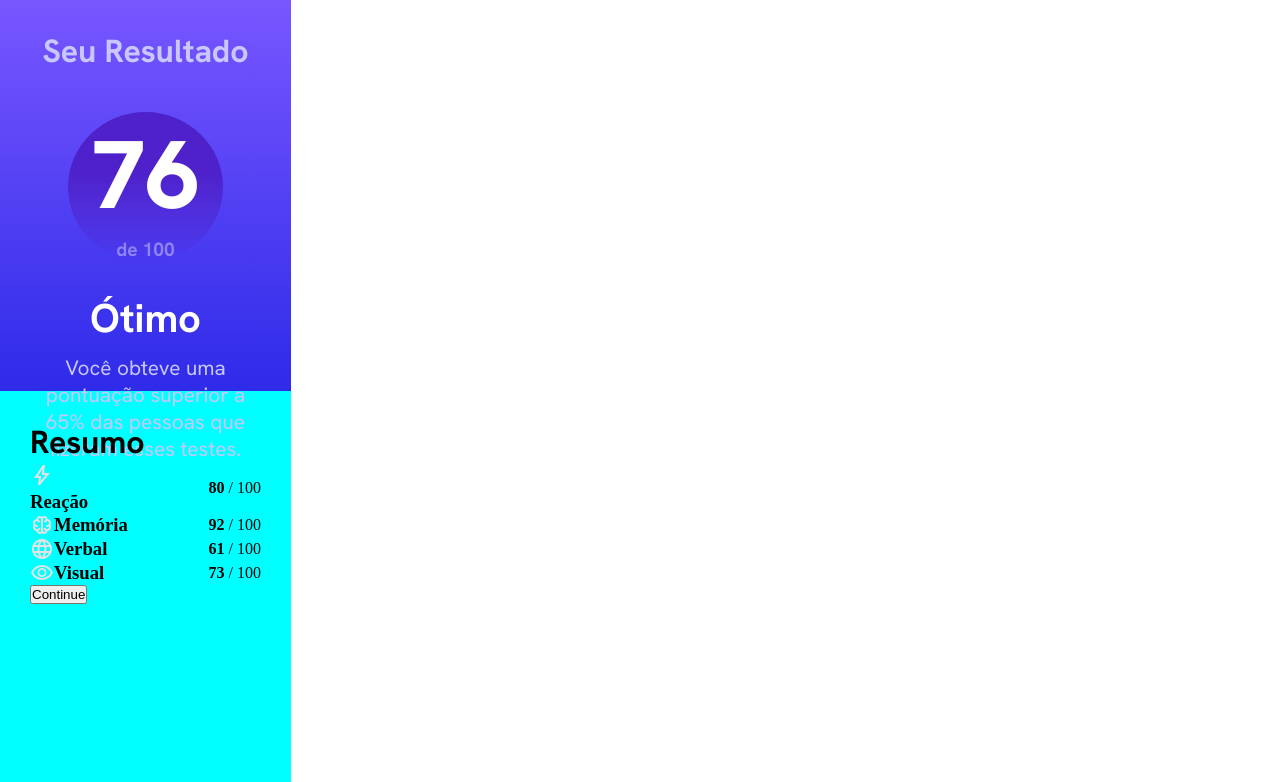
Repository: caique2512/resumo-de-resultados
Page: index.html
An editor plug-in stored every save of this project. The page is shown before and after a run of saves, followed by the edit.
The browser window is 1280 px wide. The pictures show the whole page.

Above is the page before, as saved 2026-03-09 22:18:12.

### index.html
<!DOCTYPE html>
<html lang="pt-br">
<head>
    <meta charset="UTF-8">
    <meta name="viewport" content="width=device-width, initial-scale=1.0">
    <title>Resumo de Resultados</title>
    <link rel="stylesheet" href="src/css/estilos.css">
    <link rel="stylesheet" href="src/css/reset.css">
</head>
<body>
    <main class="conteudo">
        <div class="principal">
            <h1 class="titulo">Seu Resultado</h1>
            <div class="circulo">
                <h2>76</h2>
                <p>de 100</p>
            </div>
            <h2 class="avaliacao">Ótimo</h2>
            <p class="subtitle">Você obteve uma pontuação superior a 65% das pessoas que fizeram esses testes.</p>
        </div>
        <div class="resultado">
            <h1 class="titulo1">Resumo</h1>
            <div class="classes">
                <div class="resumo1">
                    <div>
                        <img src="./src/images/raio.svg" alt="Raio">
                        <h3>Reação</h3>
                    </div>
                    <p><strong>80</strong> / 100</p>
                </div>
                <div class="resumo2">
                    <div>
                        <img src="./src/images/memoria.svg" alt="Memória">
                        <h3>Memória</h3>
                    </div>
                    <p><strong>92</strong> / 100</p>
                </div>
                <div class="resumo3">
                    <div>
                        <img src="./src/images/mensagem.svg" alt="Mensagem">
                        <h3>Verbal</h3>
                    </div>
                    <p><strong>61</strong> / 100</p>
                </div>
                <div class="resumo4">
                    <div>
                        <img src="./src/images/olho.svg" alt="olho">
                        <h3>Visual</h3>
                    </div>
                    <p><strong>73</strong> / 100</p>
                </div>
            </div>
            <button class="btn-resumo">Continue</button>
        </div>
    </main>
</body>
</html>

### src/css/estilos.css
@import url('https://fonts.googleapis.com/css2?family=Hanken+Grotesk:ital,wght@0,100..900;1,100..900&display=swap');


.principal {
    background: linear-gradient(hsl(252, 100%, 67%), hsl(241, 81%, 54%));
    width: 291px;
    height: 391px;
    display: flex;
    flex-direction: column;
    align-items: center;
}

.titulo {
    color: hsl(241, 100%, 89%);
    font-family: "Hanken Grotesk";
    margin-top: 30px;
    font-size: 2rem;
}

.circulo {
    background: linear-gradient(hsla(256, 72%, 46%, 1) 40%, hsla(241, 72%, 46%, 0));
    width: 155px;
    height: 155px;
    border-radius: 50%;
    display: flex;
    align-items: center;
    justify-content: center;
    flex-direction: column;
    margin-top: 2.5rem;
}

.circulo h2 {
    font-size: 6rem;
    font-family: "Hanken Grotesk";
    font-weight: 800;
    color: hsl(0, 0%, 100%);
}

.circulo p {
    color: hsla(241, 100%, 89%, 0.538);
    font-family: "Hanken Grotesk";
    font-weight: 700;
    font-size: 1.2rem;
}

.principal .avaliacao {
    color: white;
    font-family: "Hanken Grotesk";
    margin-top: 30px;
    font-size: 2.5rem;

}

.principal .subtitle {
    color: hsl(241, 100%, 89%);
    font-family: "Hanken Grotesk";
    width: 230px;
    display: flex;
    text-align: center;
    margin: 10px;
    font-size: 1.3rem;
}

.resultado {
    background-color: aqua;
    width: 291px;
    height: 391px;
    padding: 30px;
}

.resultado .titulo1 {
    color: #000000;
    font-family: "Hanken Grotesk";
}

.resultado .cl

.resultado .classes .resumo1 div {
    display: flex;
    align-items: center;
}

.resultado .classes .resumo1{
    display: flex;
    align-items: center;
    justify-content: space-between;
}

.resultado .classes .resumo2 div {
    display: flex;
    align-items: center;
}

.resultado .classes .resumo2{
    display: flex;
    align-items: center;
    justify-content: space-between;
}

.resultado .classes .resumo3 div {
    display: flex;
    align-items: center;
}

.resultado .classes .resumo3{
    display: flex;
    align-items: center;
    justify-content: space-between;
}

.resultado .classes .resumo4 div {
    display: flex;
    align-items: center;
}

.resultado .classes .resumo4{
    display: flex;
    align-items: center;
    justify-content: space-between;
}

### src/css/reset.css


* {
    margin: 0;
    padding: 0;
    box-sizing: border-box;
}

After the next 3 saves:
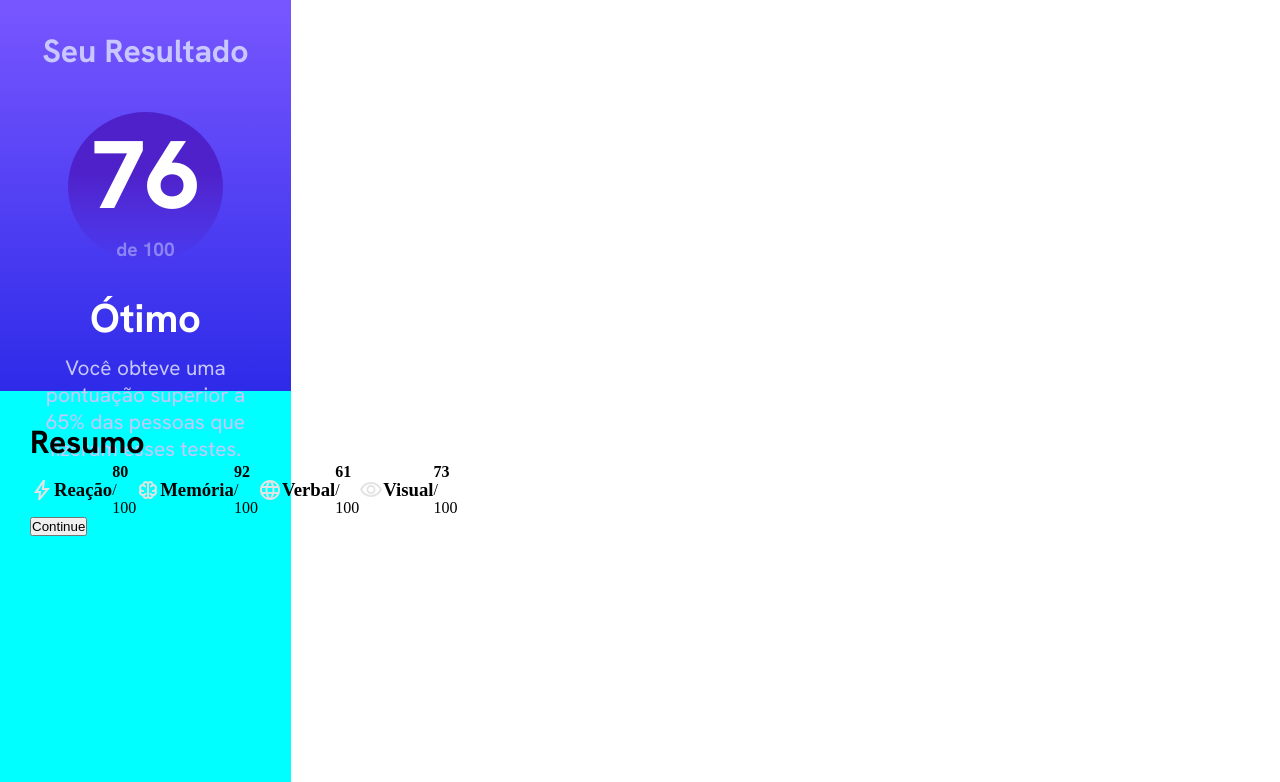
The 3 saves are shown as one change because they came seconds apart.
The last was saved 10 s later.
--- a/src/css/estilos.css
+++ b/src/css/estilos.css
@@ -73,7 +73,9 @@
     font-family: "Hanken Grotesk";
 }
 
-.resultado .cl
+.resultado .classes {
+    display: flex;
+}
 
 .resultado .classes .resumo1 div {
     display: flex;
